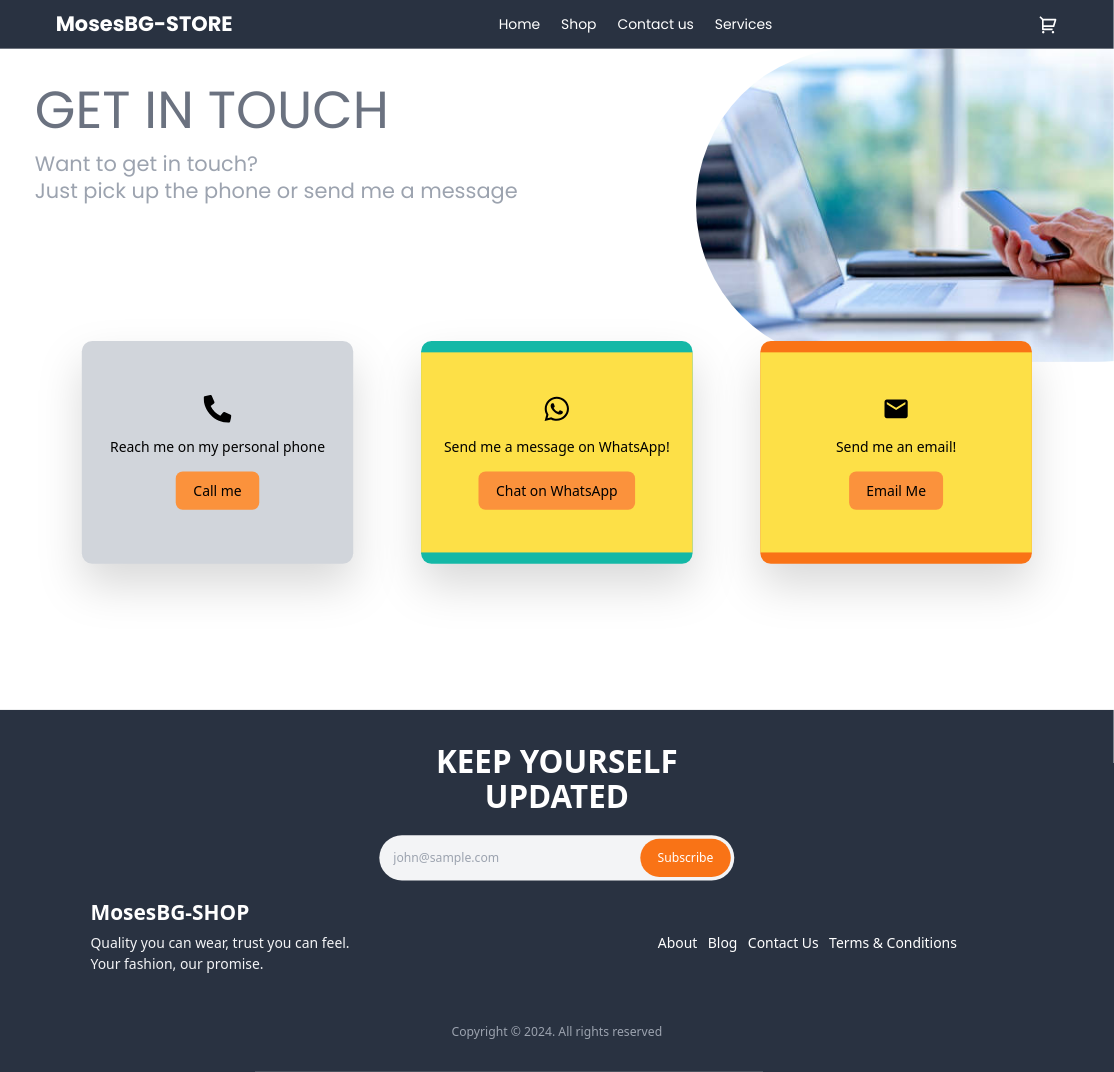
Repository: moshebengan/cart
Page: /fake-store/contact-us
The author's editor kept a copy of each file at every save. The page is drawn from the files as they stood at one save, then again after the next save.
The browser window is 1280 px wide. The pictures show the whole page, at 87% of full size.
The project was rebuilt for these pictures with package versions that can differ from the ones it lists, and the page was loaded fresh each time. Also part of the build but not shown: vite.config.js, src/components/Error.jsx, src/utils/data.js, src/utils/apiCalls.js, src/components/Loading.jsx, src/components/Products.jsx, src/pages/HomePage.jsx, src/components/EmptyCart.jsx and 4 more.

Above is the page before, as saved 2024-09-16 10:08:27.

After the next save:
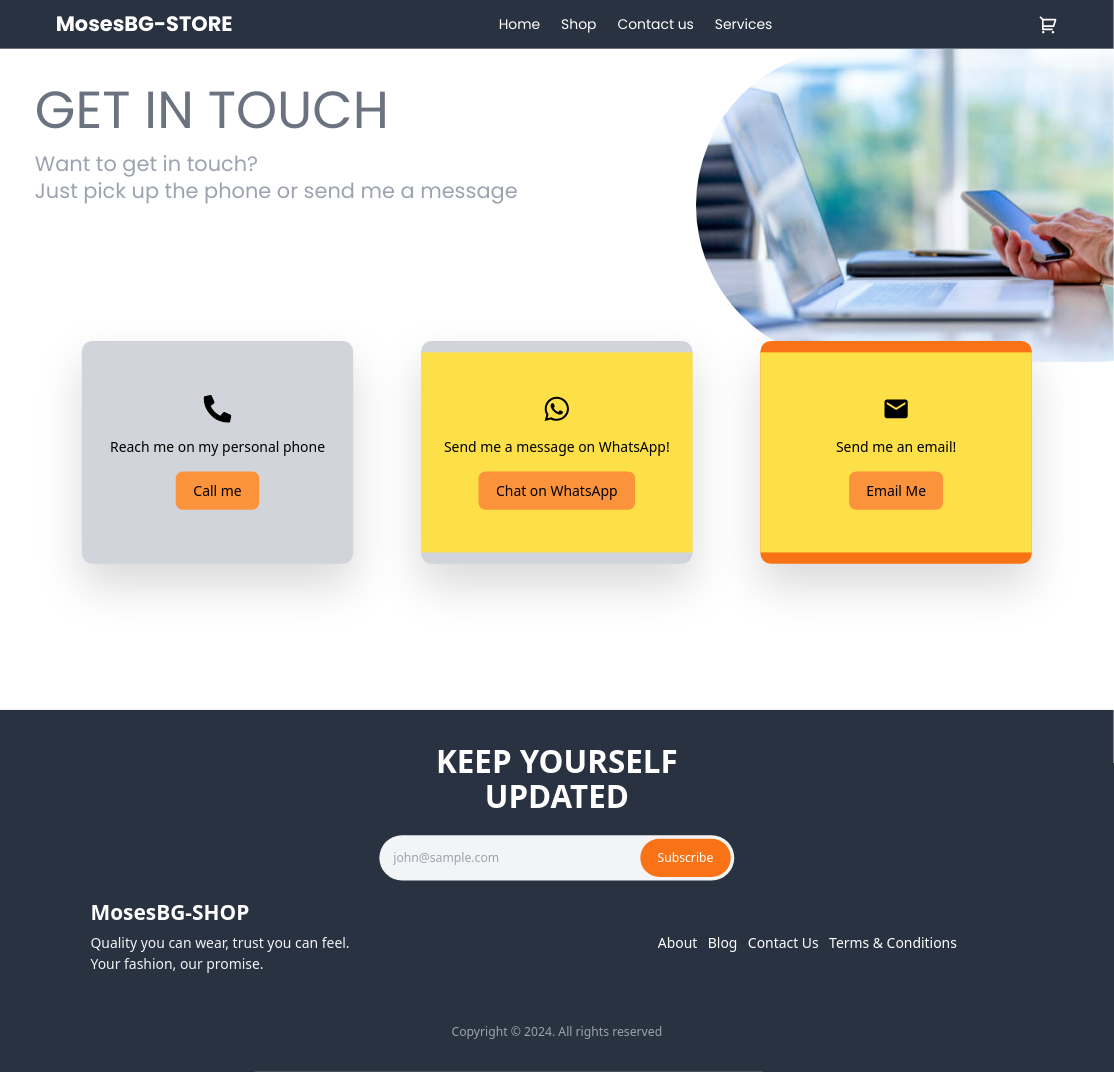
Saved 6 s later.
--- a/src/pages/ContactUs.jsx
+++ b/src/pages/ContactUs.jsx
@@ -33,7 +33,7 @@ const ContactUs = () => {
                 </button>
               </div>
             </div>
-            <div className="w-1/4 h-full bg-teal-500 flex flex-col items-center justify-center rounded-xl drop-shadow-2xl">
+            <div className="w-1/4 h-full bg-gray-300 flex flex-col items-center justify-center rounded-xl drop-shadow-2xl">
               <div className="bg-yellow-300 h-[90%] w-full items-center justify-center flex  flex-col gap-4">
                 <FaWhatsapp size={"2em"} />
                 <span>Send me a message on WhatsApp!</span>
